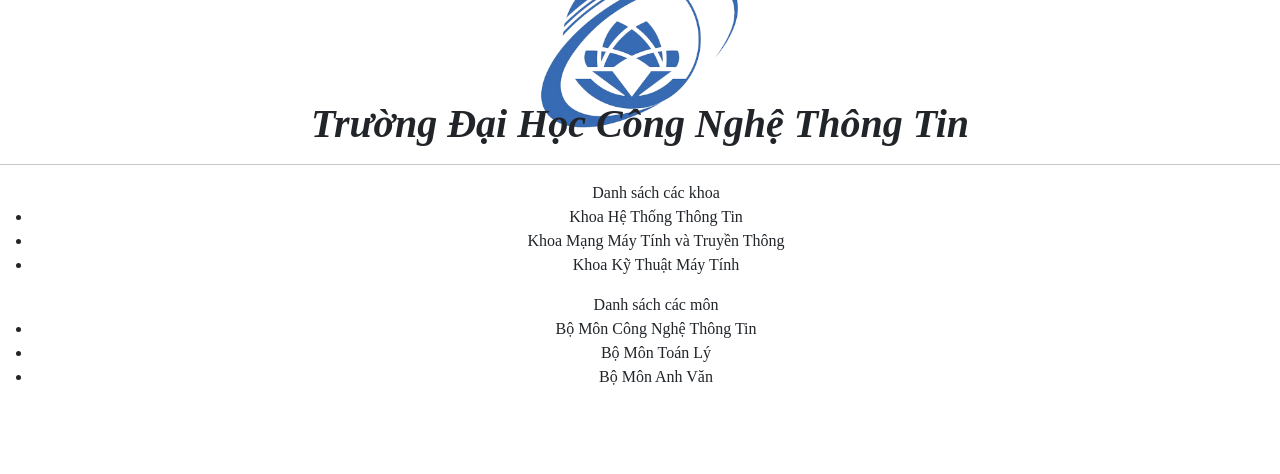
Repository: hoapham2k2/bai_tap_thuc_hanh_is207.n12
Page: index.html
These files come from the project's save history. The page is drawn as it stood at one moment and after the next save; the edit follows.
The browser window is 1280 px wide. The pictures show the whole page.

Above is the page before, as saved 2022-09-19 08:55:39.

### index.html
<!DOCTYPE html>
<html lang="en">

<head>
    <meta charset="UTF-8">
    <meta http-equiv="X-UA-Compatible" content="IE=edge">
    <meta name="viewport" content="width=device-width, initial-scale=1.0">
    <!-- Latest compiled and minified CSS -->
    <link href="https://cdn.jsdelivr.net/npm/bootstrap@5.2.1/dist/css/bootstrap.min.css" rel="stylesheet">

    <!-- Latest compiled JavaScript -->
    <script src="https://cdn.jsdelivr.net/npm/bootstrap@5.2.1/dist/js/bootstrap.bundle.min.js"></script>

    <title>Document</title>

    <style>
        *,
        *::before,
        *::after {
            box-sizing: border-box;
        }

        * {
            margin: 0;
            padding: 0;
            font: inherit;
        }

        body {
            line-height: 1.5;
        }

        img,
        picture,
        video,
        canvas,
        svg {
            display: block;
            max-width: 100%;
        }

        input,
        button,
        textarea,
        select {
            outline: none;
        }

        p,
        h1,
        h2,
        h3,
        h4,
        h5,
        h6 {
            overflow-wrap: break-word;
        }

        * {
            font-family: 'Times New Roman', Times, serif;
        }

        .wrapper {}

        .wrapper_header {}

        .wrapper_header_logo {
            padding: 10px 0;
            display: flex;
            justify-content: center;
            align-items: center;
            height: 100px;
        }

        .wrapper_header_title {
            font-style: italic;
            font-weight: 600;
        }

        .wrapper_body {}

        .wrapper_list_1st {}

        .wrapper_item {}

        .wrapper_list_2st {}
    </style>
</head>

<body>

    <div class="wrapper text-center">
        <div class="wrapper_header">
            <div class="wrapper_header_logo">
                <img src="./assets/img/logo-uit.png" alt="anh_logo_uit" width="200px">
            </div>
            <h1 class="wrapper_header_title">Trường Đại Học Công Nghệ Thông Tin</h1>
        </div>
        <hr>
        <div class="wrapper_body">
            <ul class="wrapper_list_1st">Danh sách các khoa
                <li class="wrapper_item">Khoa Hệ Thống Thông Tin</li>
                <li class="wrapper_item">Khoa Mạng Máy Tính và Truyền Thông</li>
                <li class="wrapper_item">Khoa Kỹ Thuật Máy Tính</li>
            </ul>
            <ul class="wrapper_list_2st">Danh sách các môn
                <li class="wrapper_item">Bộ Môn Công Nghệ Thông Tin</li>
                <li class="wrapper_item">Bộ Môn Toán Lý</li>
                <li class="wrapper_item">Bộ Môn Anh Văn</li>
            </ul>
        </div>
</body>

</html>

After the next save:
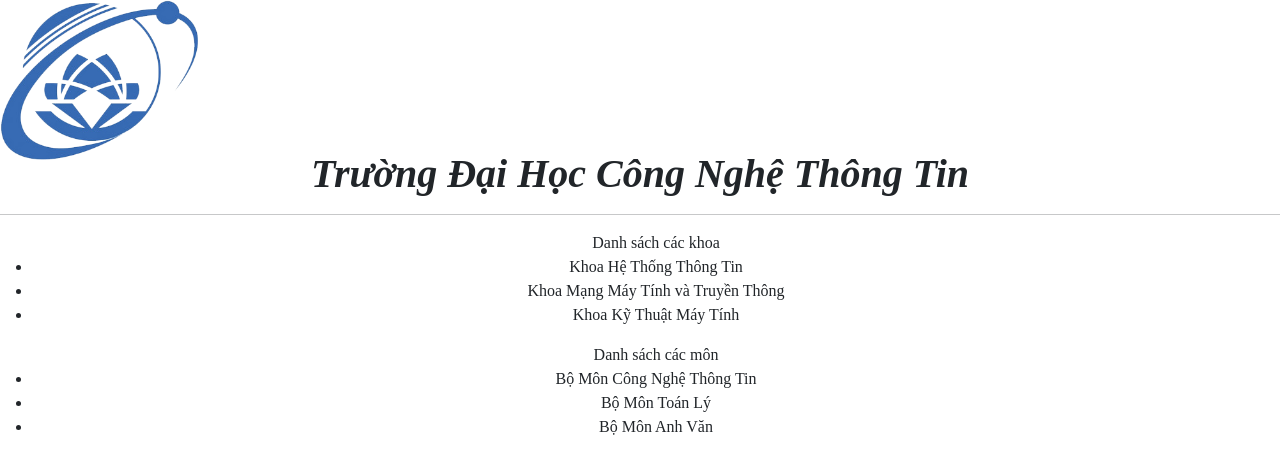
Saved 4 s later.
--- a/index.html
+++ b/index.html
@@ -65,14 +65,14 @@
         .wrapper_header {}
 
         .wrapper_header_logo {
-            padding: 10px 0;
-            display: flex;
+            padd display: flex;
             justify-content: center;
             align-items: center;
             height: 100px;
         }
 
         .wrapper_header_title {
+            margin-top: 50px;
             font-style: italic;
             font-weight: 600;
         }
